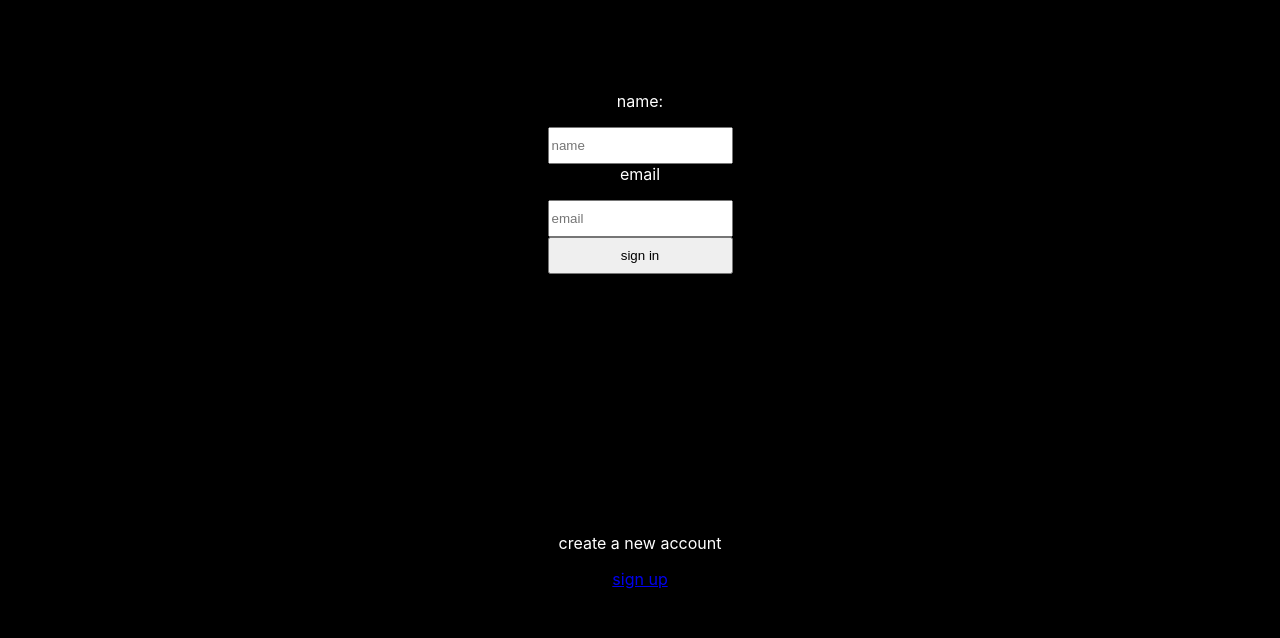
Repository: romAtam/5778
Page: /signin
These files come from the project's save history. The page is drawn as it stood at one moment and after the next save; the edit follows.
The browser window is 1280 px wide. The pictures show the whole page.
The project was rebuilt for these pictures with package versions that can differ from the ones it lists, and the page was loaded fresh each time. Also part of the build but not shown: src/Pages/Home.js, src/Pages/Game.js, src/Pages/Web.js, src/Pages/Team.js, src/Pages/User.js, src/Pages/Register.js.

Above is the page before, as saved 2021-12-11 22:06:54.

### src/index.js
import React from 'react';
import ReactDOM from 'react-dom';
import './index.css';
import App from './App';

import {BrowserRouter as Router} from "react-router-dom"
ReactDOM.render(
  <React.StrictMode>
    <Router>
       <App />
    </Router>

  </React.StrictMode>,
  document.getElementById('root')
);

### src/App.js

import './App.css';
import Nav from './Nav'
import {Routes,Route,useParams} from "react-router-dom"
import Home from "./Pages/Home"
import Game from "./Pages/Game"
import Web from "./Pages/Web"
import Team from "./Pages/Team"
import Signin from "./Pages/Signin"
import User from "./Pages/User"
import Register from "./Pages/Register"
function App() {
  return (
    <div className="App">
<Nav/>
<Routes>
  <Route path="/" element={<Home/>}/>
  <Route path="/game" element={<Game/>}/>
  <Route path="/web" element={<Web/>}/>
  <Route path="/team" element={<Team/>}>
      <Route path=":id" element={<User/>}/>
  </Route>

  <Route path="/signin" element={<Signin/>}/>
  <Route path="/register" element={<Register/>}/>
</Routes>



    </div>
  );
}




export default App;

### src/Nav.js
import React from 'react'
import{Link} from "react-router-dom"
import styled from "styled-components"

const NavContainer=styled.div`
display: grid;
grid-gap:20px;
justify-content:center;
align-items:center;
height:80px;
font-size:1.5rem;
padding:1rem 2rem;
border-bottom: 1px solid #000;
grid-template-columns: repeat(5,minmax(100px,200px));
@media (max-width: 768px){
    grid-template-columns: 1fr;
    height:100vh;
    max-height:800px ;
}

`
const Nav = () => {



    return (
        <NavContainer>
               <Link to="/">home</Link>
               <Link to="/web">web dev</Link>
               <Link to="/game">game dev</Link>
               <Link to="/team">team</Link>
               <Link to="/signin">sign in</Link>
        </NavContainer>
    )
}

export default Nav

### src/Pages/Signin.js
import React from 'react'
import {Link} from "react-router-dom"
import styled from "styled-components"
const FormWrapper=styled.div`
position:fixed;
top:0;
bottom:0;
right:0;
left:0;
width:100vw;
height:100vh;
background-color:black;
z-index:1;
display:grid;
grid-gap:20px;
justify-content:center;
align-items:center;
color:white;

`
const Form=styled.form`
display:grid ;
width:50%;
height:50%;
`

const Signin = () => {
    return (
        <FormWrapper>
            <Form action="">
                <label htmlFor="name">name:</label>
                 <input type="text" placeholder="name"/>
                 <label htmlFor="email">email</label>
 <input type="email" placeholder="email"/>
 <button type="submit">sign in</button>

            </Form>
            <div>
                <p>create a new account</p>
 <Link to="/register">sign up</Link>
            </div>

        </FormWrapper>
    )
}

export default Signin

Loaded but not shown: public/index.html (common file); src/index.css (common file); src/App.css (common file)

After the next save:
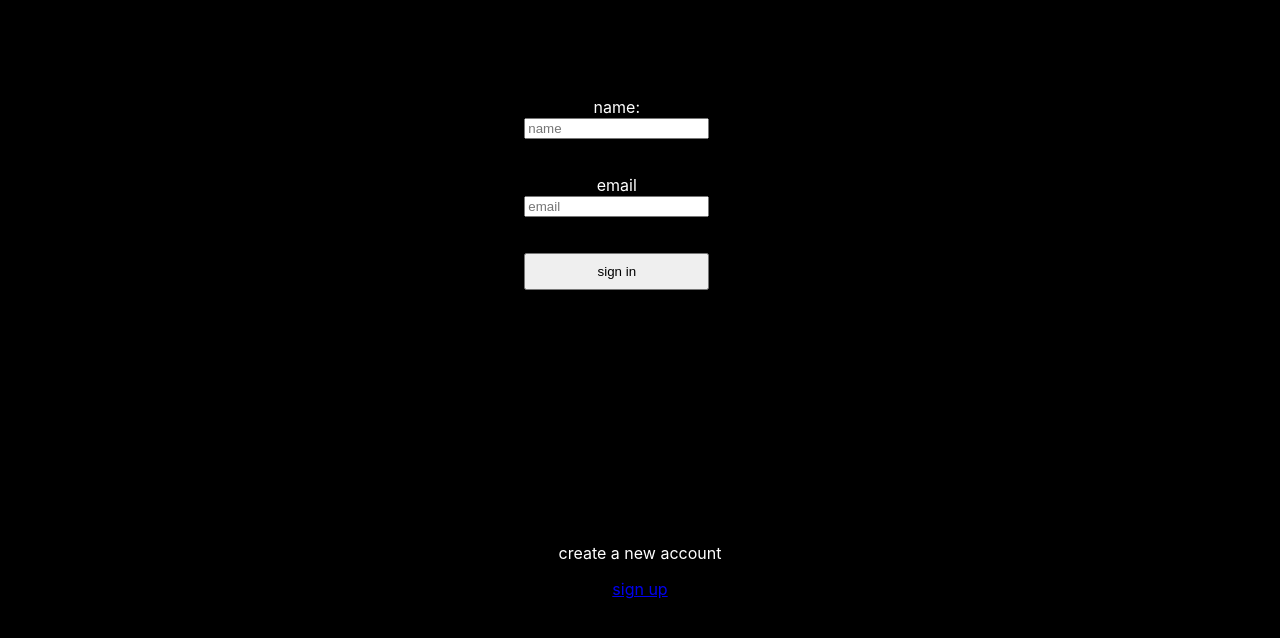
Saved 94 s later.
--- a/src/Pages/Signin.js
+++ b/src/Pages/Signin.js
@@ -20,6 +20,8 @@ color:white;
 `
 const Form=styled.form`
 display:grid ;
+grid-gap:20px;
+
 width:50%;
 height:50%;
 `
@@ -28,10 +30,15 @@ const Signin = () => {
     return (
         <FormWrapper>
             <Form action="">
-                <label htmlFor="name">name:</label>
+                <div>
+                      <label htmlFor="name">name:</label>
                  <input type="text" placeholder="name"/>
-                 <label htmlFor="email">email</label>
+                </div>
+              <div>
+                   <label htmlFor="email">email</label>
  <input type="email" placeholder="email"/>
+              </div>
+
  <button type="submit">sign in</button>
 
             </Form>
